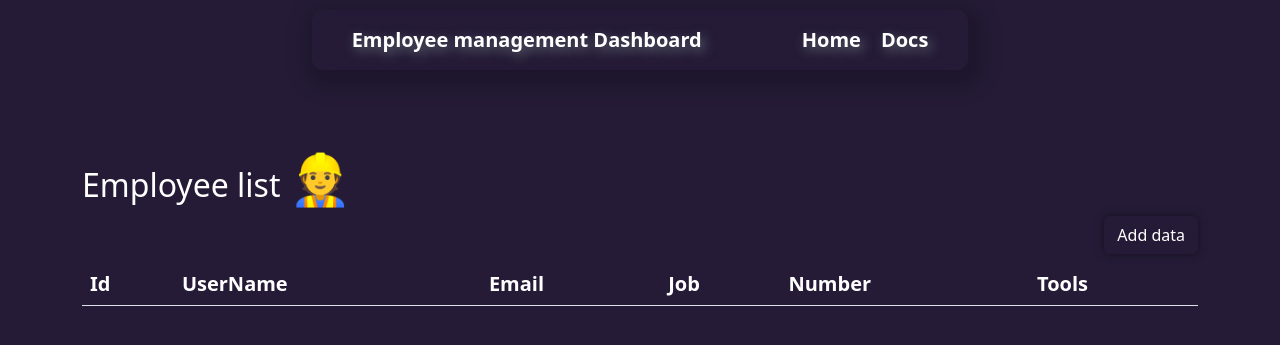
Repository: iamevs/Employee-Management-System
Page: /home (app in client/)
An editor plug-in stored every save of this project. The page is shown before and after the next save, followed by the edit.
The browser window is 1280 px wide. The pictures show the whole page.
The page's requests for data from a server got no answer. The project was rebuilt for these pictures with package versions that can differ from the ones it lists, and the page was loaded fresh each time. No one was signed in, and anything a server would have sent is missing. Also part of the build but not shown: client/vite.config.js, client/src/components/Register.jsx, client/src/components/Edit.jsx, client/src/components/Hero.jsx. Imported but missing from the stored project, and not drawn on this page: client/src/components/Details.

Above is the page before, as saved 2022-11-29 00:12:10.

### client/index.html
<html lang="en">
  <head>
    <meta charset="UTF-8" />
    <link rel="icon" type="image/svg+xml" href="/vite.svg" />
    <meta name="viewport" content="width=device-width, initial-scale=1.0" />
    <title>employee-management</title>
  </head>
  <body>
    <div id="root"></div>
    <script type="module" src="/src/main.jsx"></script>
  </body>
</html>

### client/src/main.jsx
import React, { StrictMode } from 'react';
import ReactDOM from 'react-dom';
import { createRoot } from "react-dom/client";
import './index.css';
import App from './App';
import { BrowserRouter } from "react-router-dom"
import ContextProvider from "./components/context/ContextProvider";
// root.render(
//   <StrictMode>
//   <ContextProvider>
//     <BrowserRouter>
//       <App />
//     </BrowserRouter>
//   </ContextProvider>
//   </StrictMode>
//   ,
//   document.getElementById('root')
// );


createRoot(document.getElementById('root')).render(
  <ContextProvider>
    <BrowserRouter>
      <App />
    </BrowserRouter>
  </ContextProvider>
)

### client/src/index.css
body {
  margin: 0;
  font-family: -apple-system, BlinkMacSystemFont, 'Segoe UI', 'Roboto', 'Oxygen',
    'Ubuntu', 'Cantarell', 'Fira Sans', 'Droid Sans', 'Helvetica Neue',
    sans-serif;
  -webkit-font-smoothing: antialiased;
  -moz-osx-font-smoothing: grayscale;
  background-color: #251B37 !important;
  color: #fff !important;
}

code {
  font-family: source-code-pro, Menlo, Monaco, Consolas, 'Courier New',
    monospace;
}

.btns{
  display: flex;
  justify-content: space-between;
}

.btns > .tool, .tool{
  /* border: 1px solid #fff; */
  backdrop-filter: blur(10px);
  box-shadow: 0px 0px 9px 1px rgb(0 0 0 / 35%);
}

### client/src/App.jsx
import './App.css';
import "../node_modules/bootstrap/dist/css/bootstrap.min.css"
import "../node_modules/bootstrap/dist/js/bootstrap.bundle.min.js"
import Navbar from './components/Navbar';
import Home from './components/Home';
import Register from './components/Register';
import Edit from './components/Edit';
import Details from './components/Details';
import Hero from "./components/Hero.jsx";
import {Routes,Route} from "react-router-dom"




function App() {
  return (
   <>
    <Navbar />
    <Routes>
      <Route path="/" element={<Hero/>} />
      <Route  path="/home" element={<Home/>} />
      <Route exact path="/register" element={<Register/>} />
      <Route exact path="/edit/:id" element={<Edit/>} />
      <Route exact path="/view/:id" element={<Details/>} />
    </Routes>

   </>
  );
}

export default App;

### client/src/components/context/ContextProvider.jsx
import React, { createContext, useState } from 'react'


export const adddata = createContext("");
export const updatedata = createContext("");
export const deldata = createContext("");

const ContextProvider = ({ children }) => {

    const [udata, setUdata] = useState("");
    const [updata, setUPdata] = useState("");
    const [dltdata, setDLTdata] = useState("");


    return (
        <adddata.Provider value={{ udata, setUdata }}>
            <updatedata.Provider value={{ updata, setUPdata }}>
                <deldata.Provider value={{dltdata, setDLTdata}}>
                    {children}
                </deldata.Provider>

            </updatedata.Provider>

        </adddata.Provider>
    )
}

export default ContextProvider;

### client/src/App.css
.add_btn{
  text-align: right;
}

.container{
  overflow: auto;
}

.left_view h3{
  font-size: 21px;
}

.left_view p{
  font-weight: 600;
}

.left_view span{
  font-weight: 400;
}

.right_view p{
  font-weight: 600;
}


.right_view span{
  font-weight: 400;
}

### client/src/components/Navbar.jsx
import React from 'react'
import { NavLink } from 'react-router-dom'
import { Box, Stack } from "@mui/material";


const Navbar = () => {
    return (
        <Stack justifyContent={"center"} direction={"row"} marginTop={"10px"}>
            <Box justifyContent={"space-between"} className="navbar navbar-expand-lg text-white" sx={{
                backgroundColor: "transparent",
                backdropFilter: "blur(10px) !important",
                position: "relative",
                color: "white",
                boxShadow: "4px 7px 20px 11px rgb(0 0 0 / 20%)",
                height: "60px",
                padding: "0 40px 0 40px",
                width: "auto",
                borderRadius: "10px"
            }}>
                <Box sx={{
                    fontSize: "20px",
                    textShadow: "3px 4px 12px #6c757d",
                    fontWeight: "bold",
                    marginRight: "100px"
                }}>Employee management Dashboard</Box>
                <Box direction={"row"}>
                    <a href="/home" style={{
                        color: "white",
                        fontSize: "20px",
                        textShadow: "3px 4px 12px #6c757d",
                        fontWeight: "bold",
                        textDecoration: "none",
                    }}>Home</a>
                    <a href="/" style={{
                        color: "white",
                        fontSize: "20px",
                        textShadow: "3px 4px 12px #6c757d",
                        fontWeight: "bold",
                        textDecoration: "none",
                        marginLeft: "20px"
                    }}>Docs</a>

                </Box>
            </Box>
        </Stack>
    )
}

export default Navbar

### client/src/components/Home.jsx
import React, { useState, useEffect, useContext } from 'react'
import ReadMoreRoundedIcon from '@mui/icons-material/ReadMoreRounded';
import NoteAltOutlinedIcon from '@mui/icons-material/NoteAltOutlined';
import DeleteOutlineIcon from '@mui/icons-material/DeleteOutline';
import { NavLink } from 'react-router-dom';
import { adddata, deldata } from './context/ContextProvider';
import { updatedata } from './context/ContextProvider'
import ReactTooltip from 'react-tooltip';

var getuserlink = "http://localhost:8001/getusers";


const Home = () => {

    const [getuserdata, setUserdata] = useState([]);

    console.log(getuserdata);

    const { udata, setUdata } = useContext(adddata);

    const { updata, setUPdata } = useContext(updatedata);

    const { dltdata, setDLTdata } = useContext(deldata);

    const getdata = async () => {

        const res = await fetch(getuserlink, {
            method: "GET",
            headers: {
                "Content-Type": "application/json"
            }
        });

        const data = await res.json();
        console.log(data);

        if (res.status === 422 || !data) {
            console.log("error ");

        } else {
            setUserdata(data)
            console.log("get data");

        }
    }

    useEffect(() => {
        getdata();
    }, [])

    const deleteuser = async (id) => {

        const res2 = await fetch(`/deleteuser/${id}`, {
            method: "DELETE",
            headers: {
                "Content-Type": "application/json"
            }
        });

        const deletedata = await res2.json();
        console.log(deletedata);

        if (res2.status === 422 || !deletedata) {
            console.log("error");
        } else {
            console.log("user deleted");
            setDLTdata(deletedata)
            getdata();
        }

    }


    return (

        <>
            {
                udata ?
                    <>
                        <div className="alert alert-success alert-dismissible fade show" role="alert">
                            <strong>{udata.name}</strong>  added succesfully!
                            <button type="button" className="btn-close" data-bs-dismiss="alert" aria-label="Close"></button>
                        </div>
                    </> : ""
            }
            {
                updata ?
                    <>
                        <div className="alert alert-success alert-dismissible fade show" role="alert">
                            <strong>{updata.name}</strong>  updated succesfully!
                            <button type="button" className="btn-close" data-bs-dismiss="alert" aria-label="Close"></button>
                        </div>
                    </> : ""
            }

            {
                dltdata ?
                    <>
                        <div className="alert alert-danger alert-dismissible fade show" role="alert">
                            <strong>{dltdata.name}</strong>  deleted succesfully!
                            <button type="button" className="btn-close" data-bs-dismiss="alert" aria-label="Close"></button>
                        </div>
                    </> : ""
            }


            <div className="mt-5">
                <div className="container">

                    <h2 style={{ marginTop: "30px" }}>Employee list <span style={{fontSize: "50px"}}>👷</span> </h2>
                    <div className="add_btn mt-2 mb-2">
                        <NavLink to="/register" className="btn text-white tool">Add data</NavLink>
                    </div>

                    <div className='table-responsive'>
                        <table class="table">
                            <thead>
                                <tr className="table text-white col-6" style={{
                                    fontSize: "20px",
                                }}>
                                    <th scope="col">Id</th>
                                    <th scope="col">UserName</th>
                                    <th scope="col">Email</th>
                                    <th scope="col">Job</th>
                                    <th scope="col">Number</th>
                                    <th scope="col">Tools</th>
                                </tr>
                            </thead>
                            <tbody>

                                {
                                    getuserdata.map((val, ind) => {
                                        return (
                                            <tr className='text-white'>
                                                <th scope="row">{ind + 1}</th>
                                                <td>{val.name}</td>
                                                <td>{val.email}</td>
                                                <td>{val.work}</td>
                                                <td>{val.mobile}</td>
                                                <td className='btns'>
                                                    <NavLink to={`/view/${val._id}`} className="btn text-white tool" data-tip="More Details"><ReadMoreRoundedIcon /></NavLink>
                                                    <NavLink to={`/update/${val._id}`} className="btn text-white tool" data-tip="Edit Details"><NoteAltOutlinedIcon /></NavLink>
                                                    <button onClick={() => deleteuser(val._id)} className="btn text-white tool" data-tip="Fire Employee"><DeleteOutlineIcon /></button>
                                                    <ReactTooltip />
                                                </td>
                                            </tr>
                                        )
                                    })
                                }
                            </tbody>
                        </table>
                    </div>
                </div>
            </div>
        </>
    )
}

export default Home

After the next save:
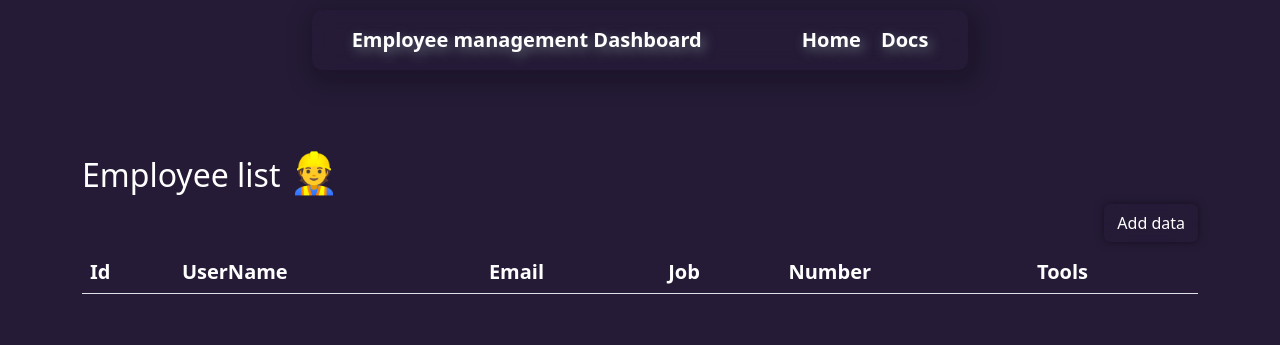
Saved 13 s later.
--- a/client/src/components/Home.jsx
+++ b/client/src/components/Home.jsx
@@ -107,7 +107,7 @@ const Home = () => {
             <div className="mt-5">
                 <div className="container">
 
-                    <h2 style={{ marginTop: "30px" }}>Employee list <span style={{fontSize: "50px"}}>👷</span> </h2>
+                    <h2 style={{ marginTop: "30px" }}>Employee list <span style={{fontSize: "40px"}}>👷</span> </h2>
                     <div className="add_btn mt-2 mb-2">
                         <NavLink to="/register" className="btn text-white tool">Add data</NavLink>
                     </div>
